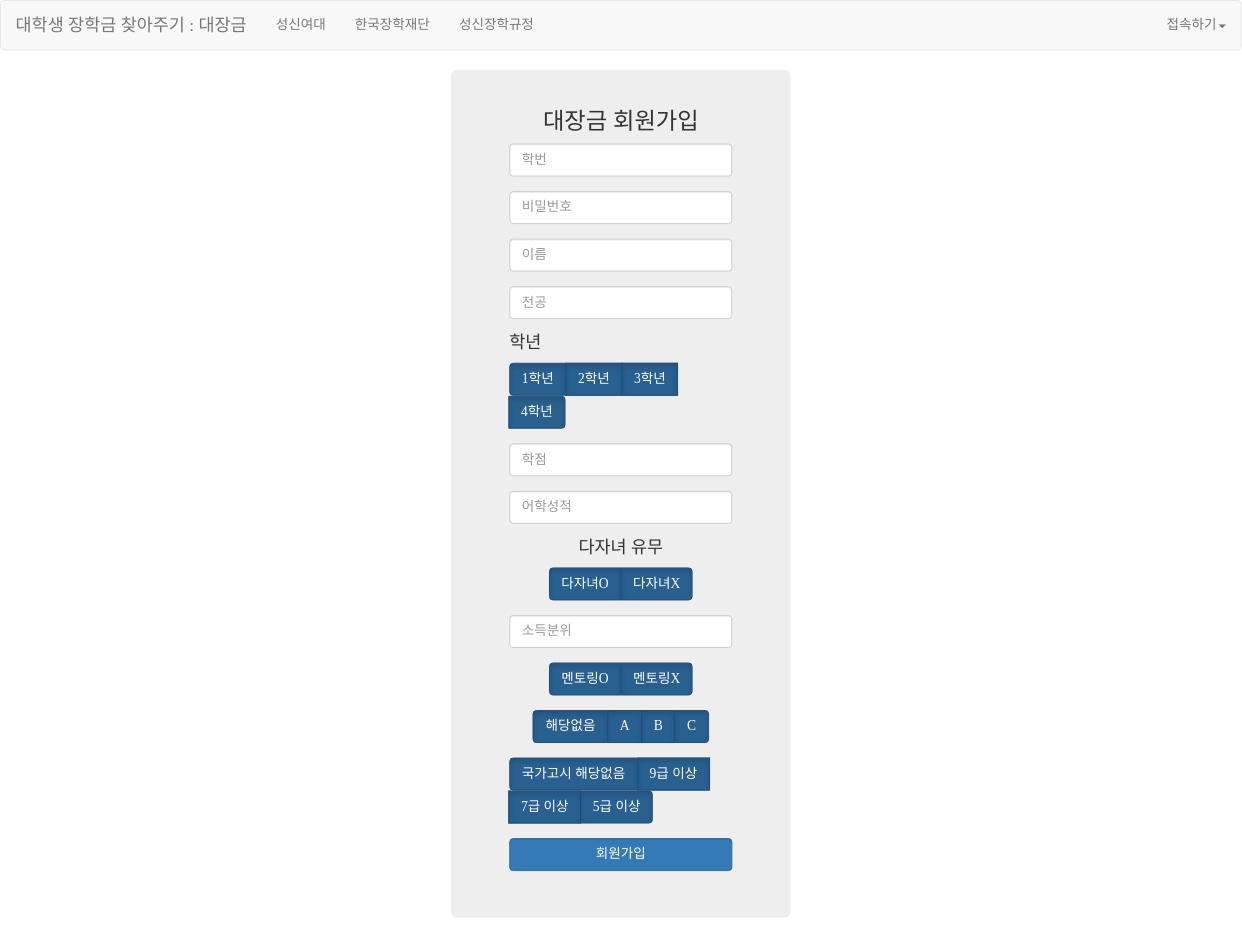
Repository: jiwon-214/DJG
Page: http://localhost/DJG/join.jsp
The author's editor kept a copy of each file at every save. The page is drawn from the files as they stood at one save, then again after the next save.
The browser window is 1280 px wide. The pictures show the whole page, at 97% of full size.
Some web fonts or font styles are not loaded; a fallback is used. Some web libraries are served in a nearby version. The page is served by Tomcat 9. Other server files are loaded and not shown.

Above is the page before, as saved 2022-01-04 18:45:01.

### DJG/WebContent/join.jsp
<%@ page language="java" contentType="text/html; charset=UTF-8"
    pageEncoding="UTF-8"%>
<!DOCTYPE html>
<html>
<head>
<meta charset="UTF-8">
<meta name = "viewport" content = "width=divice-width", initial-scale="1">
<link rel = "stylesheet" href = "css/bootstrap.css">
<link rel = "stylesheet" href = "css/custom.css">
<title>대장금</title>
</head>
<body>
	<nav class ="navbar navbar-default">
		<div class = "navbar-header">
			<button type = "button" class = "navbar-toggle collapsed"
				data-toggle = "collapse" data-target = "#bs-example-navbar-collapse-1"
				aria-expanded="false">
				<span class = "icon-bar"></span>
				<span class = "icon-bar"></span>
				<span class = "icon-bar"></span>
			</button>
			<a class="navbar-brand" href = "main.jsp">대학생 장학금 찾아주기 : 대장금</a>
		</div>
		<div class="collapse navbar-collapse" id="bs-example-navbar-collapse-1">
			<ul class = "nav navbar-nav">
				<li><a href="https://portal.sungshin.ac.kr/sso/login.jsp">성신여대</a></li>
				<li><a href="http://www.kosaf.go.kr/">한국장학재단</a></li>
				<li><a href="https://rule.sungshin.ac.kr/service/law/lawView.do?seq=95&historySeq=0&gubun=cur&tree=part">성신장학규정</a></li>
			</ul>
			<ul class="nav navbar-nav navbar-right">
				<li class="dropdown">
					<a href="#" class="dropdown-toggle"
						data-toggle="dropdown" role="button" aria-haspopup="true"
						aria-expanded="false">접속하기<span class="caret"></span></a>
					<ul class="dropdown-menu">
						<li><a href = "login.jsp">로그인 </a></li>
						<li class="active"><a href="join.jsp">회원가입</a></li>
					</ul>
				</li>
			</ul>
		</div>
	</nav>
	<div class="container">
      <div class="col-lg-4"></div>
      <div class="col-lg-4">
         <div class="jumbotron" style="padding-top:20px;">
            <form method="post" action="joinAction.jsp">
               <h3 style="text-align:center;">대장금 회원가입</h3>
               <div class="form-group">
                  <input type="text" class="form-control" placeholder="학번" name="userID" maxlength="10">
               </div>
               <div class="form-group">
                  <input type="password" class="form-control" placeholder="비밀번호" name="userPassword" maxlength="20">
               </div>
               <div class="form-group">
                  <input type="text" class="form-control" placeholder="이름" name="userName" maxlength="20">
               </div>
               <div class="form-group">
                  <input type="text" class="form-control" placeholder="전공" name="userMajor" maxlength="20">
               </div>

               <div class="form-group">
               <h4>학년</h4>
                  <div class="btn-group" data-toggle="buttons" style="text-align:center;">
                     <label class="btn btn-primary active">
                        <input type = "radio" name="userYear" autocomplete="off" value="1" checked>1학년
                     </label>
                     <label class="btn btn-primary active">
                        <input type = "radio" name="userYear" autocomplete="off" value="2">2학년
                     </label>
                     <label class="btn btn-primary active">
                        <input type = "radio" name="userYear" autocomplete="off" value="3">3학년
                     </label>
                     <label class="btn btn-primary active">
                        <input type = "radio" name="userYear" autocomplete="off" value="4">4학년
                     </label>
                  </div>
               </div>
               <div class="form-group">
                  <input type="text" class="form-control" placeholder="학점" name="userGrade" maxlength="10">
               </div>
               <div class="form-group">
                  <input type="text" class="form-control" placeholder="어학성적" name="userLgrade" maxlength="10">
               </div>
               <div class="form-group" style="text-align:center;">
               <h4>다자녀 유무</h4>
                  <div class="btn-group" data-toggle="buttons">
                     <label class="btn btn-primary active">
                        <input type = "radio" name ="userMchild" autocomplete="off" value="cO" checked>다자녀O
                     </label>
                     <label class="btn btn-primary active">
                        <input type = "radio" name ="userMchild" autocomplete="off" value="cX">다자녀X
                     </label>
                  </div>
               </div>
               <div class="form-group">
                  <input type="text" class="form-control" placeholder="소득분위" name="userIncome" maxlength="10">
               </div>

               <div class="form-group" style="text-align:center;">
                  <div class="btn-group" data-toggle="buttons">
                     <label class="btn btn-primary active">
                        <input type="radio" name="userMentor" autocomplete="off" value="mO" checked>멘토링O
                     </label>
                     <label class="btn btn-primary active">
                        <input type = "radio" name="userMentor" autocomplete="off" value="mX">멘토링X
                     </label>
                  </div>
               </div>
               <div class="form-group" style="text-align:center;">
                  <div class="btn-group" data-toggle="buttons">
                     <label class="btn btn-primary active">
                        <input type="radio" name="userVol" autocomplete="off" value="Vx" checked>해당없음
                     </label>
                     <label class="btn btn-primary active">
                        <input type="radio" name="userVol" autocomplete="off" value="Va">A
                     </label>
                     <label class="btn btn-primary active">
                        <input type="radio" name="userVol" autocomplete="off" value="Vb">B
                     </label>
                     <label class="btn btn-primary active">
                        <input type="radio" name="userVol" autocomplete="off" value="Vc">C
                     </label>
                  </div>
               </div>
               <div class="form-group" style="text-align:center;">
                  <div class="btn-group" data-toggle="buttons">
                     <label class="btn btn-primary active">
                        <input type="radio" name="userExam" autocomplete="off" value="Ex" checked>국가고시 해당없음
                     </label>
                     <label class="btn btn-primary active">
                        <input type="radio" name="userExam" autocomplete="off" value="E9">9급 이상
                     </label>
                     <label class="btn btn-primary active">
                        <input type="radio" name="userExam" autocomplete="off" value="E7">7급 이상
                     </label>
                     <label class="btn btn-primary active">
                        <input type="radio" name="userExam" autocomplete="off" value="E5">5급 이상
                     </label>
                  </div>
               </div>
               <input type="submit" class="btn btn-primary form-control" value="회원가입">
            </form>
         </div>
      </div>
      <div class="col-lg-4"></div>
   </div>
		<div class="col-lg-4"></div>
	</div>
	<script src = "https://code.jquery.com/jquery-3.1.1.min.js"></script>
	<script src = "js/bootstrap.js"></script>
</body>
</html>

### DJG/WebContent/css/custom.css
@import url(http://fonts.googleapis.com/earlyaccess/nanumgothic.css);
@import url(http://fonts.googleapis.com/earlyaccess/hanna.css);
* {
	font-family : 'Nanum Gothic';
}
h1 {
	font-famaily : 'Hanna';
}

Loaded but not shown: DJG/WebContent/css/bootstrap.css (library); DJG/WebContent/js/bootstrap.js (library)

After the next save:
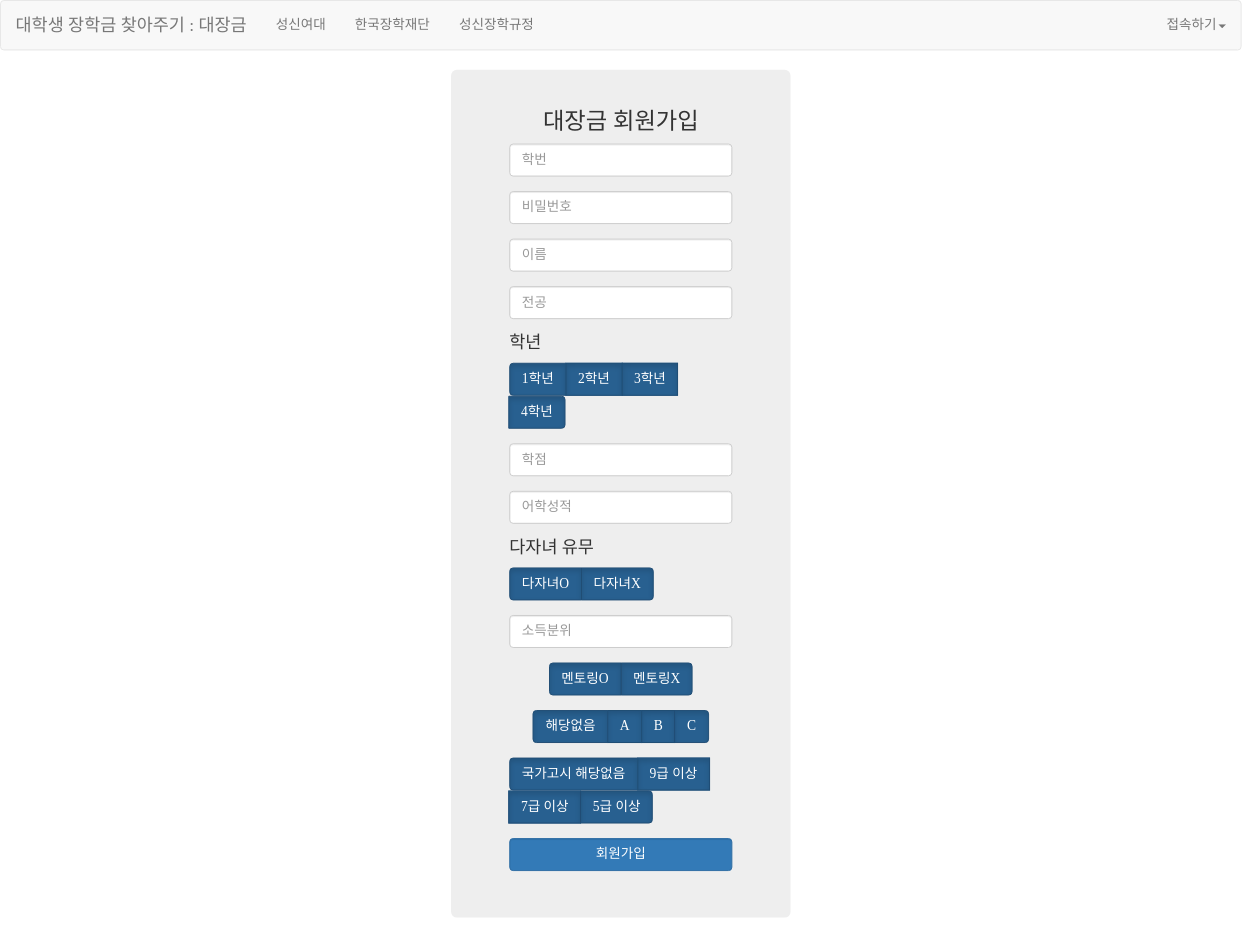
Saved 35 s later.
--- a/DJG/WebContent/join.jsp
+++ b/DJG/WebContent/join.jsp
@@ -82,9 +82,9 @@
                <div class="form-group">
                   <input type="text" class="form-control" placeholder="어학성적" name="userLgrade" maxlength="10">
                </div>
-               <div class="form-group" style="text-align:center;">
+               <div class="form-group">
                <h4>다자녀 유무</h4>
-                  <div class="btn-group" data-toggle="buttons">
+                  <div class="btn-group" data-toggle="buttons" style="text-align:center;">
                      <label class="btn btn-primary active">
                         <input type = "radio" name ="userMchild" autocomplete="off" value="cO" checked>다자녀O
                      </label>
